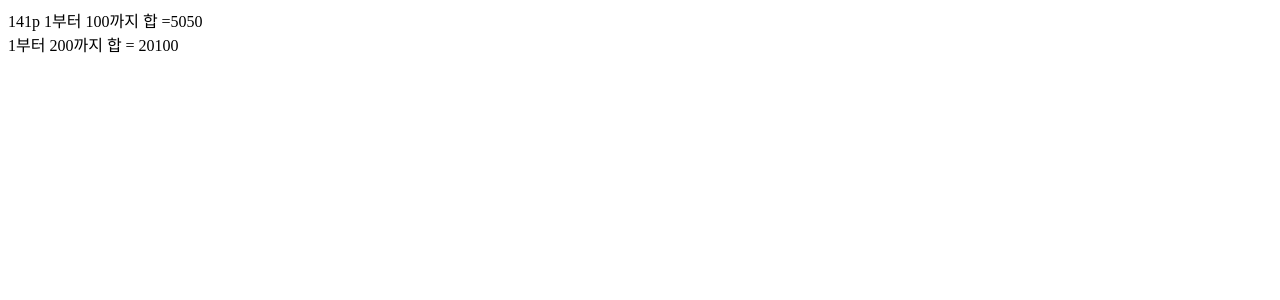
Repository: ionoffx00101/Bitworkspace
Page: http://localhost/brain/TwoHundred.jsp
The author's editor kept a copy of each file at every save. The page is drawn from the files as they stood at one save, then again after the next save.
The browser window is 1280 px wide. The pictures show the whole page.
The page is served by Tomcat 9. Other server files are loaded and not shown.

Above is the page before, as saved 2017-01-17 05:40:54.

### brain/WebContent/TwoHundred.jsp
<%@ page language="java" contentType="text/html; charset=EUC-KR"
    pageEncoding="EUC-KR"%>
<!DOCTYPE html PUBLIC "-//W3C//DTD HTML 4.01 Transitional//EN" "http://www.w3.org/TR/html4/loose.dtd">
<html>
<head>
<meta http-equiv="Content-Type" content="text/html; charset=EUC-KR">
<title>Insert title here</title>
</head>
<body>
141p
<%
int total=0;
for(int cnt=1;cnt<=100;cnt++){
	total+=cnt;
}
%>
1부터 100까지 합 =<%=total %><br>
<%
for(int cnt =101;cnt<=200;cnt++){
total+=cnt;
}%>
1부터 200까지 합 = <%=total %>
</body>
</html>

After the next save:
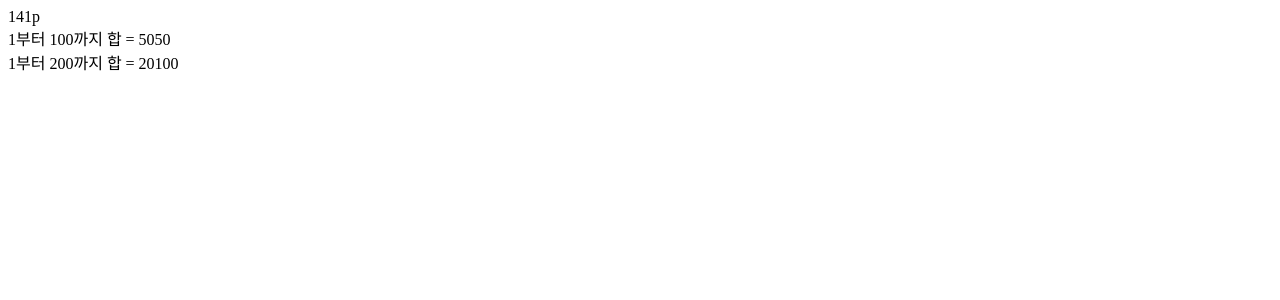
Saved 19 s later.
--- a/brain/WebContent/TwoHundred.jsp
+++ b/brain/WebContent/TwoHundred.jsp
@@ -1,5 +1,5 @@
 <%@ page language="java" contentType="text/html; charset=EUC-KR"
-    pageEncoding="EUC-KR"%>
+	pageEncoding="EUC-KR"%>
 <!DOCTYPE html PUBLIC "-//W3C//DTD HTML 4.01 Transitional//EN" "http://www.w3.org/TR/html4/loose.dtd">
 <html>
 <head>
@@ -7,18 +7,23 @@
 <title>Insert title here</title>
 </head>
 <body>
-141p
-<%
-int total=0;
-for(int cnt=1;cnt<=100;cnt++){
-	total+=cnt;
-}
-%>
-1부터 100까지 합 =<%=total %><br>
-<%
-for(int cnt =101;cnt<=200;cnt++){
-total+=cnt;
-}%>
-1부터 200까지 합 = <%=total %>
+	141p
+	<br>
+
+	<%
+		int total = 0;
+		for (int cnt = 1; cnt <= 100; cnt++)
+		{
+			total += cnt;
+		}
+	%>
+	1부터 100까지 합 = <%=total%><br>
+	<%
+		for (int cnt = 101; cnt <= 200; cnt++)
+		{
+			total += cnt;
+		}
+	%>
+	1부터 200까지 합 = <%=total%>
 </body>
 </html>
